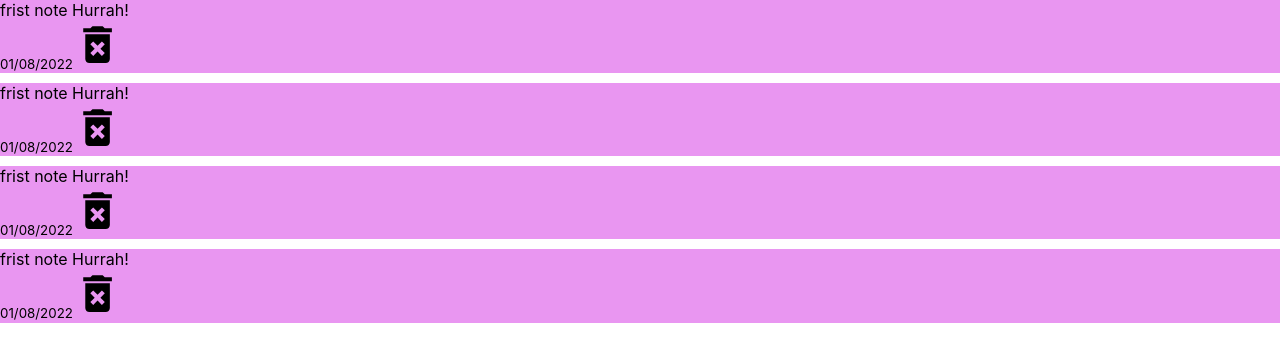
Repository: DeraBola/react-notes-app
Page: /
An editor plug-in stored every save of this project. The page is shown before and after the next save, followed by the edit.
The browser window is 1280 px wide. The pictures show the whole page.
The project was rebuilt for these pictures with package versions that can differ from the ones it lists, and the page was loaded fresh each time.

Above is the page before, as saved 2022-08-01 08:24:13.

### src/index.js
import React from 'react';
import ReactDOM from 'react-dom/client';
import './index.css';
import App from './App';


const root = ReactDOM.createRoot(document.getElementById('root'));
root.render(
  <React.StrictMode>
    <App />
  </React.StrictMode>
);

### src/index.css
body {
    margin: 0;
    font-family: -apple-system, BlinkMacSystemFont, 'Segoe UI', 'Roboto', 'Oxygen', 'Ubuntu', 'Cantarell', 'Fira Sans', 'Droid Sans', 'Helvetica Neue', sans-serif;
    -webkit-font-smoothing: antialiased;
    -moz-osx-font-smoothing: grayscale;
}

code {
    font-family: source-code-pro, Menlo, Monaco, Consolas, 'Courier New', monospace;
}

.note {
    background-color: #e996f1;
    margin-bottom: 10px;
    br
}

### src/App.js
import NotesList from './components/NotesList';

 const App = () =>{
   return(
    <div className="container" >
      <NotesList />
    </div>
   )
 }

 export default App;

### src/components/NotesList.js
import Note from './Note';

const NotesList  = () => {
return(
    <div className='notes-list'>
        <Note />
        <Note />
        <Note />
        <Note />
    </div>
);
};

export default NotesList;

### src/components/Note.js

import { MdDeleteForever } from 'react-icons/md'

const Note  = () => {
    return(
        <div className='note'>
             <span>frist note Hurrah!</span>
             <div className="note-footer">
                <small>01/08/2022</small>
                <MdDeleteForever className='delete-icon' size='1.3cm' />
             </div>
        </div>
    );
    };

    export default Note;

Loaded but not shown: public/index.html (common file)

After the next save:
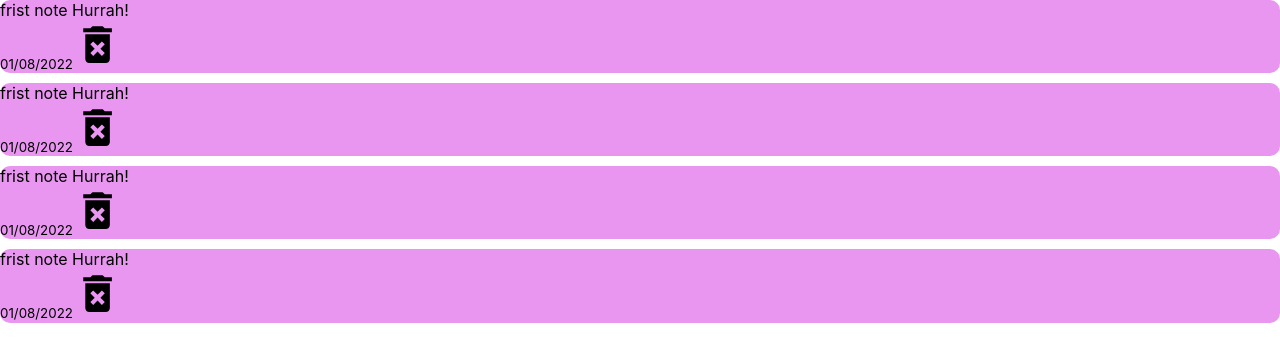
Saved 13 s later.
--- a/src/index.css
+++ b/src/index.css
@@ -12,5 +12,5 @@ code {
 .note {
     background-color: #e996f1;
     margin-bottom: 10px;
-    br
+    border-radius: 10px;
 }
